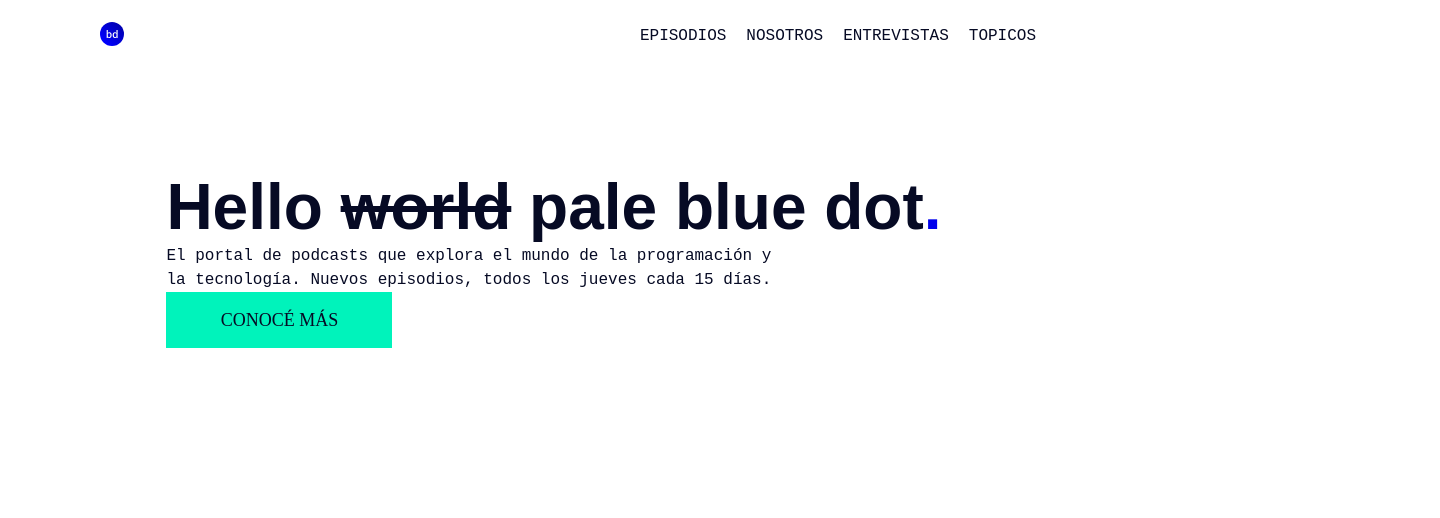
Repository: FedeGA93/podcast
Page: index.html
The author's editor kept a copy of each file at every save. The page is drawn from the files as they stood at one save, then again after the next save.
The browser window is 1280 px wide. The page is 1440 px wide, so the pictures cover 1440 px, including what lies to the right of the window. The pictures show the part of the page from y = 0 to 518 px (the page is 3205 px tall).
Pictures or frames that could not be fetched are drawn as grey boxes. Some web fonts or font styles are not loaded; a fallback is used. Some web libraries are served in a nearby version.

Above is the page before, as saved 2019-11-26 19:17:23.

After the next save:
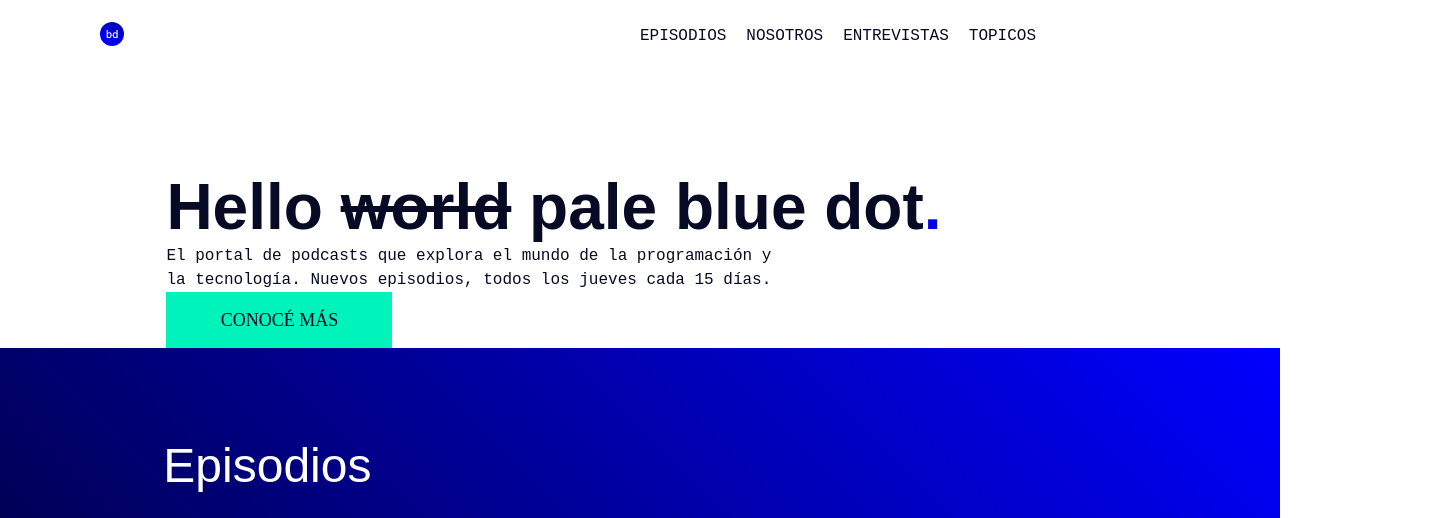
Saved 2 min 32 s later.
--- a/index.html
+++ b/index.html
@@ -60,9 +60,7 @@
     <section>
 
         <div class="fondo-azul-gradiente sec">
-                <svg xmlns="http://www.w3.org/2000/svg" viewBox="0 0 100 100" preserveAspectRatio="none">
-                    <polygon fill="white" points="0,0 1440,0 0,50" />
-                </svg>
+
            <!--  <div class="corteuno"></div> -->
             <div class="cortedos"></div>
             <div>
